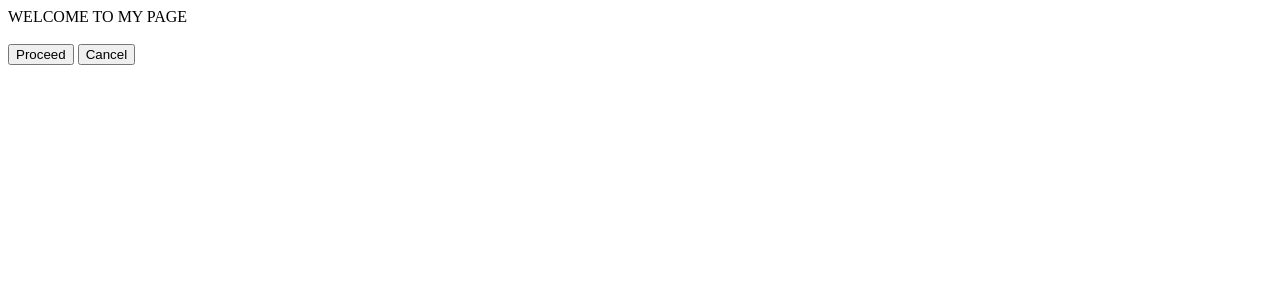
Repository: ROSHNA-301174285/MyFirstRepo
Page: main.html
An editor plug-in stored every save of this project. The page is shown before and after the next save, followed by the edit.
The browser window is 1280 px wide. The pictures show the whole page.

Above is the page before, as saved 2021-05-19 23:53:55.

After the next save:
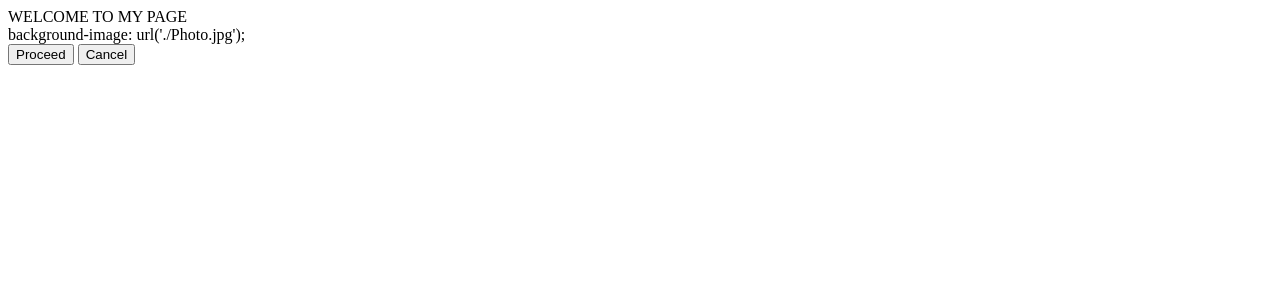
Saved 92 s later.
--- a/main.html
+++ b/main.html
@@ -9,6 +9,7 @@
 <body>
     <script type = "text/javascript" src = "info.js" ></script>
     <br />
+    background-image: url('./Photo.jpg');
     <br />
     <input type = "button" onclick = "onClickProceed()" value = "Proceed" />
     <input type = "button" onclick = "onClickCancel()" value = "Cancel" />
